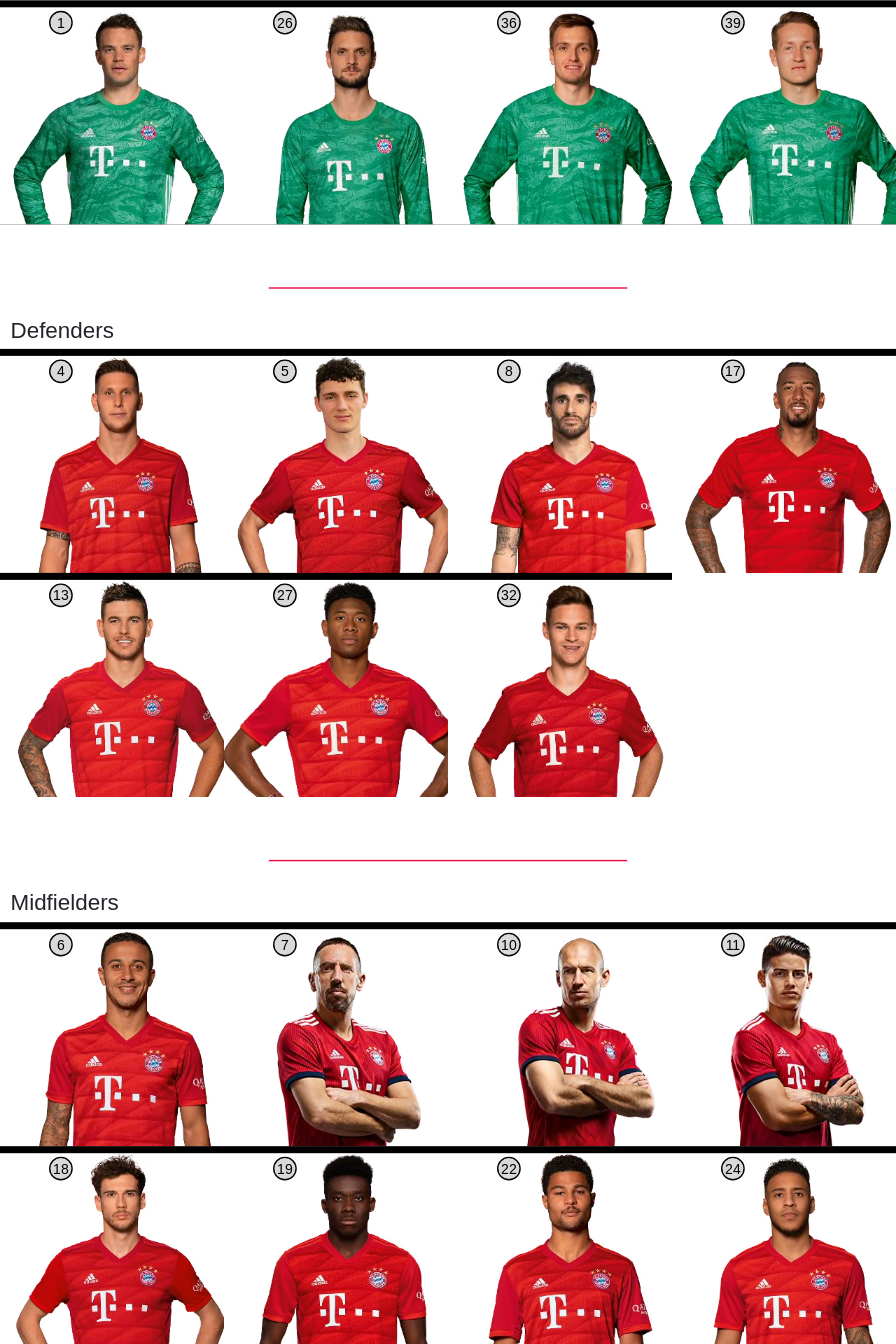
Repository: Code-Institute-Submissions/alnibo-milestone-project-1
Page: team.html
The author's editor kept a record of every edit. The page is drawn from the files as they stood at one moment, then again after the next edit.
The browser window is 1280 px wide. The pictures show the part of the page from y = 949 to 2869 px (the page is 4413 px tall before and 3853 px after), at 70% of full size.
Some web fonts or font styles are not loaded; a fallback is used.

Above is the page before.

After the next edit:
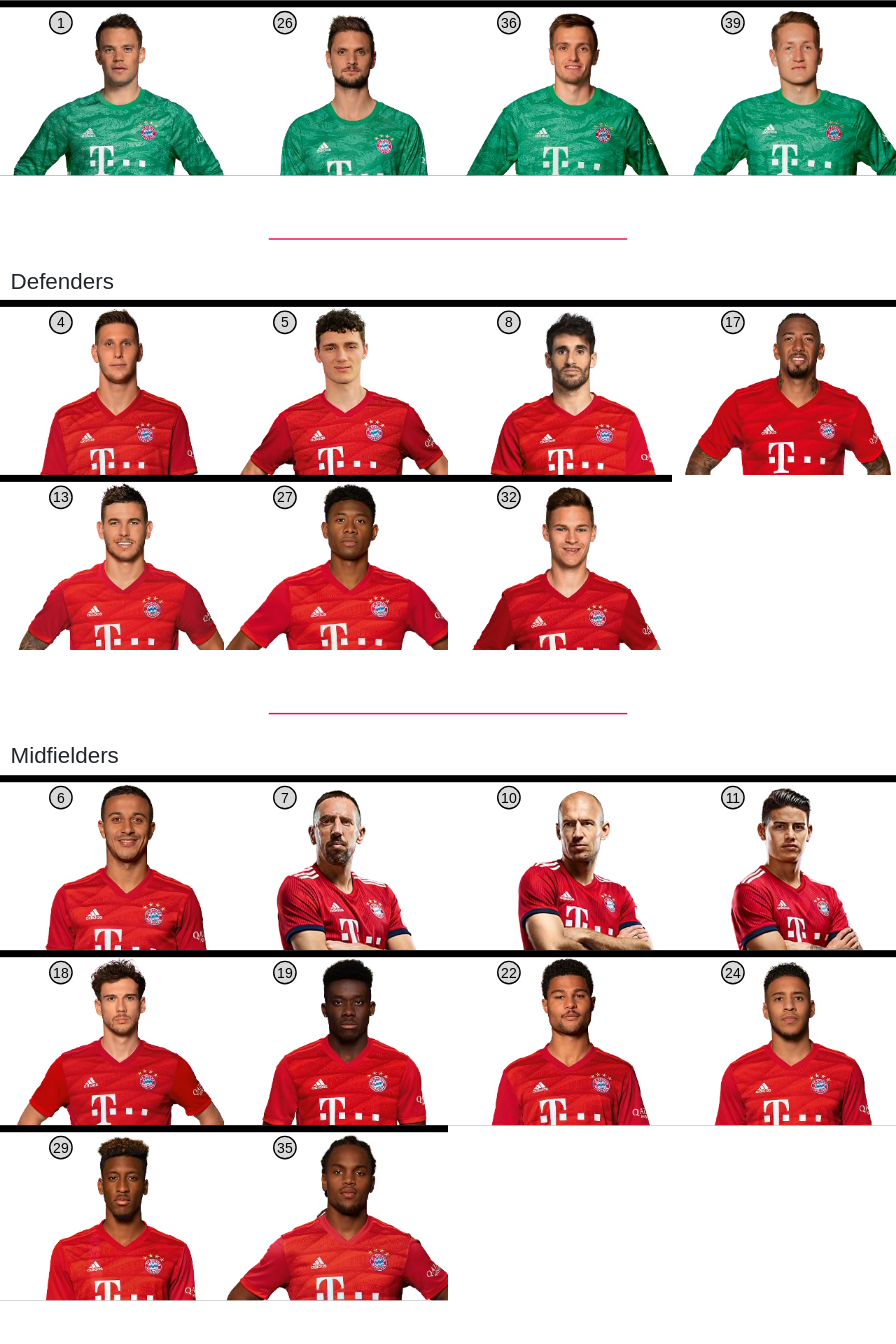
The edit:
--- a/assets/css/style.css
+++ b/assets/css/style.css
@@ -285,8 +285,7 @@
 
 .player-pic {
     background: black;
-    width:240px;
-    height: 320px;
+    height: 250px;
     overflow: hidden;
     position: relative;
     text-align: center;
